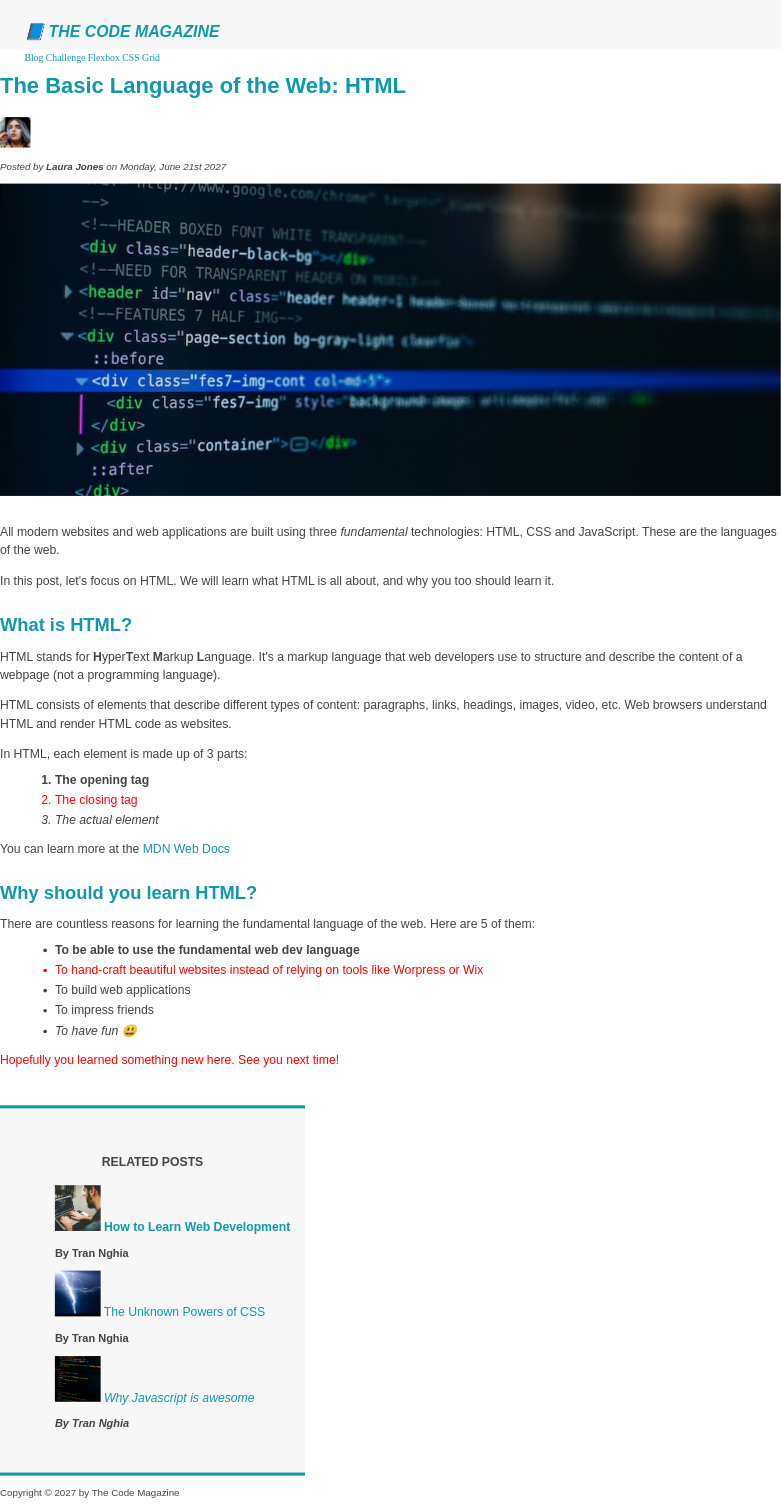
Repository: nghiakma/HTML-CSS-Fundamental
Page: HTML/index.html
The author's editor kept a copy of each file at every save. The page is drawn from the files as they stood at one save, then again after the next save.
The browser window is 1280 px wide. The pictures show the whole page, at 61% of full size.

Above is the page before, as saved 2023-08-20 21:30:05.

### HTML/index.html
<!DOCTYPE html>
<html lang="en">

<head>
  <meta charset="UTF-8">
  <meta name="viewport" content="width=device-width, initial-scale=1.0">
  <title>The Basic Language of the web: HTML</title>
  <link rel="stylesheet" href="/CSS/index.css">
</head>

<body>

  <div class="container">
    <header class="main-header">
      <h1>📘 The Code Magazine</h1>
      <nav>
        <a href="#">Blog</a>
        <a href="#">Challenge</a>
        <a href="#">Flexbox</a>
        <a href="#">CSS Grid</a>
      </nav>
    </header>

    <article>
      <header class="post-header">
        <h2>The Basic Language of the Web: HTML</h2>
        <img src="./laura-jones.jpg" alt="Headshot of Laura Jones" height="50" width="50">
        <p id="author">Posted by <strong>Laura Jones</strong> on Monday, June 21st 2027</p>
        <img class="post-img" src="./post-img.jpg" alt="HTML code on a screen" width="500" height="200">
      </header>
      <p>
        All modern websites and web applications are built using three <em>fundamental</em> technologies: HTML, CSS and
        JavaScript.
        These are the languages of the web.
      </p>
      <p>
        In this post, let's focus on HTML. We will learn what HTML is all about, and why you too should learn it.
      </p>
      <h3>What is HTML?</h3>
      <p>
        HTML stands for <strong>H</strong>yper<strong>T</strong>ext <strong>M</strong>arkup <strong>L</strong>anguage.
        It's
        a markup language that web developers use to structure and describe
        the content of a webpage (not a programming language).
      </p>
      <p>
        HTML consists of elements that describe different types of content: paragraphs, links, headings, images, video,
        etc.
        Web browsers understand HTML and render HTML code as websites.
      </p>
      <p>In HTML, each element is made up of 3 parts:</p>
      <ol>
        <li>The opening tag</li>
        <li>The closing tag</li>
        <li>The actual element</li>
      </ol>
      <p>You can learn more at the <a href="https://developer.mozilla.org/en-US/docs/Web/HTML" target="_blank">MDN Web
          Docs</a></p>
      <h3>Why should you learn HTML?</h3>
      <p>There are countless reasons for learning the fundamental language of the web. Here are 5 of them:</p>
      <ul>
        <li>To be able to use the fundamental web dev language</li>
        <li>To hand-craft beautiful websites instead of relying on tools like Worpress or Wix</li>
        <li>To build web applications</li>
        <li>To impress friends</li>
        <li>To have fun 😃</li>
      </ul>
      <p>Hopefully you learned something new here. See you next time!</p>
    </article>

    <!--Thuong duoc su dung de bo sung thong tin cho trang chinh
  Xác định nội dung nằm bên cạnh nội dung của trang-->
    <aside>
      <h4>Related posts</h4>

      <ul class="related">
        <li>
          <img src="./related-1.jpg" alt="Person programming" width="75" height="75">
          <a href="#">How to Learn Web Development</a>
          <p class="related-author">By Tran Nghia</p>
        </li>
        <li>
          <img src="./related-2.jpg" alt="Powers" width="75" height="75">
          <a href="#">The Unknown Powers of CSS</a>
          <p class="related-author">By Tran Nghia</p>
        </li>
        <li>
          <img src="./related-3.jpg" alt="Javascript" width="75" height="75">
          <a href="#">Why Javascript is awesome</a>
          <p class="related-author">By Tran Nghia</p>
        </li>
      </ul>
    </aside>

    <footer>
      <p id="copyright">Copyright &copy; 2027 by The Code Magazine</p>
    </footer>
  </div>
</body>

</html>

### CSS/index.css
* {
  box-sizing: border-box;
}
body {
  margin: 0;
  padding: 0;
}
h1,
h2,
h3,
h4,
p,
li {
  font-family: sans-serif;
  color: #444;
}
h1,
h2,
h3 {
  color: #1098ad;
}
h1 {
  font-size: 26px;
  text-transform: uppercase;
  font-style: italic;
}
h2 {
  font-size: 36px;
  margin-bottom: 30px;
}
h3 {
  font-size: 30px;
  margin-bottom: 20px;
  margin-top: 40px;
}
h4 {
  font-size: 20px;
  text-transform: uppercase;
  text-align: center;
}
p {
  font-size: 20px;
  line-height: 1.5;
  margin-bottom: 15px;
}
ul,
ol {
  margin-left: 50px;
}
li {
  font-size: 20px;
  margin-bottom: 10px;
}
li:last-child {
  margin-bottom: 0;
}
/* footer p {
  font-size: 16px;
} */
/* article header p {
  font-style: italic;
} */

#author {
  font-style: italic;
  font-size: 16px;
}
#copyright {
  font-size: 16px;
}
.related-author {
  font-size: 18px;
  font-weight: bold;
}
.related {
  list-style: none;
}
.container {
}
.main-header {
  background-color: #f7f7f7;
  /* padding: 20px;
  padding-left: 20px;
  padding-right: 40px; */
  padding: 20px 40px;
  margin-bottom: 40px;
  height: 80px;
}
article {
  margin-bottom: 60px;
}
.post-header {
  margin-bottom: 40px;
}
/*dung height: auto ; dua ti le khung hinh ve nhu ban dau*/
.post-img {
  width: 100%;
  height: auto;
}
aside {
  background-color: #f7f7f7;
  border-top: 5px solid #1098ad;
  border-bottom: 5px solid #1098ad;
  padding: 50px 0;
  width: 500px;
}
li:first-child {
  font-weight: bold;
}
li:last-child {
  font-style: italic;
}
li:nth-child(2) {
  color: red;
}
article p:last-child {
  color: red;
}
a:link {
  color: #1098ad;
  text-decoration: none;
}
a:visited {
  color: #1098ad;
}
a:hover {
  color: orangered;
  font-weight: bold;
  text-decoration: underline orangered;
}
a:active {
  background-color: black;
  font-style: italic;
}

After the next save:
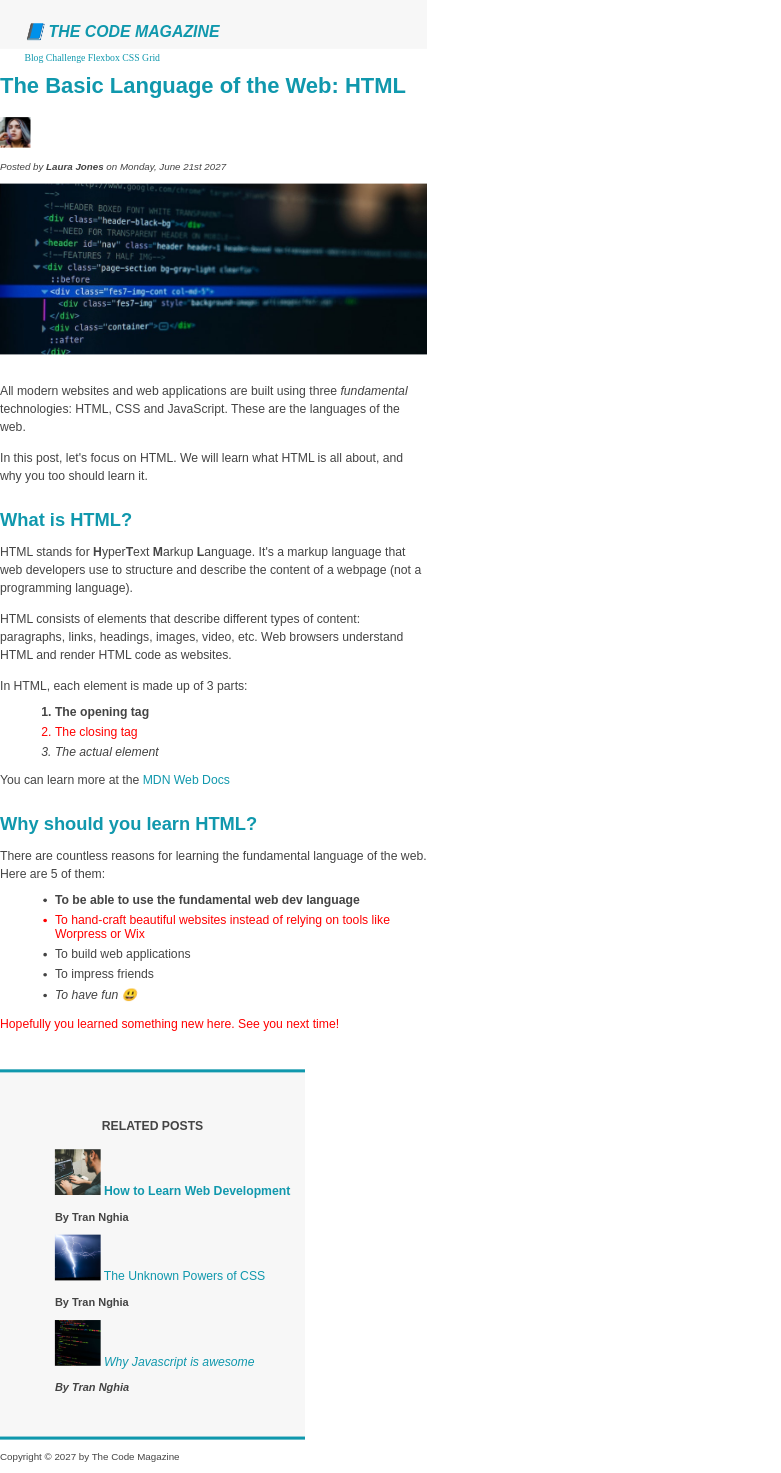
Saved 102 s later.
--- a/CSS/index.css
+++ b/CSS/index.css
@@ -76,6 +76,7 @@ li:last-child {
   list-style: none;
 }
 .container {
+  width: 700px;
 }
 .main-header {
   background-color: #f7f7f7;
